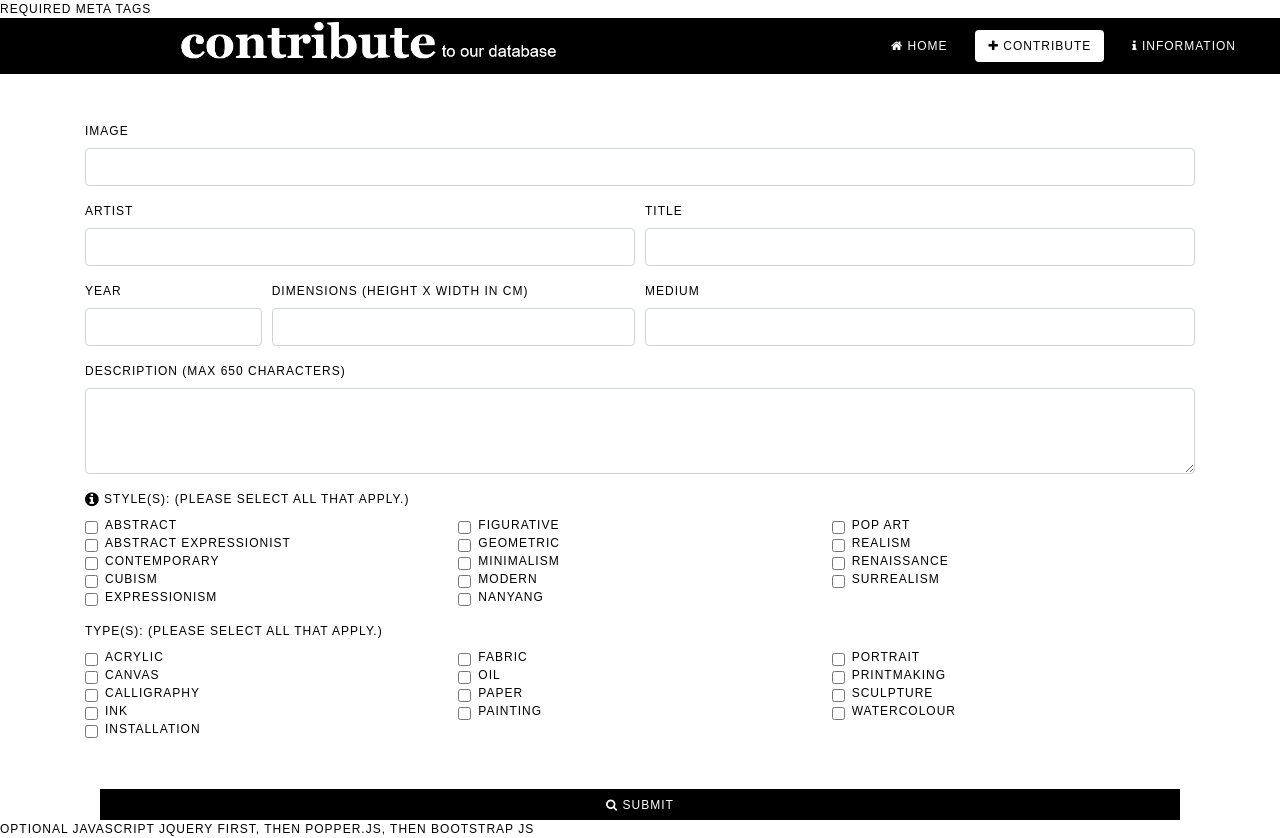
Repository: lynette-lyf/artwork-inventory
Page: http://localhost/add-artwork
The author's editor kept a record of every edit. The page is drawn from the files as they stood at one moment, then again after the next edit.
The browser window is 1280 px wide. The pictures show the whole page.
The page is served by the project's application, run on Flask 3 (app.py).

Above is the page before.

### templates/add_artwork.template.html
<!doctype html>
<html lang="en">
  <head>
     Required meta tags
    <meta charset="utf-8">
    <meta name="viewport" content="width=device-width, initial-scale=1, shrink-to-fit=no">

     <!--Bootstrap CSS -->
    <link rel="stylesheet" href="https://stackpath.bootstrapcdn.com/bootstrap/4.3.1/css/bootstrap.min.css" integrity="sha384-ggOyR0iXCbMQv3Xipma34MD+dH/1fQ784/j6cY/iJTQUOhcWr7x9JvoRxT2MZw1T" crossorigin="anonymous">
     <!--Font Awesome CSS -->
    <link href="https://maxcdn.bootstrapcdn.com/font-awesome/4.7.0/css/font-awesome.min.css" rel="stylesheet"/>
     <!--Google Fonts API -->
    <link href="https://fonts.googleapis.com/css?family=Work+Sans:300,600,800&display=swap" rel="stylesheet">
    <link rel="stylesheet" type="text/css" href="/static/css/style.css">

    <title>Contribute an artwork</title>
  <style>
       body {
    font-family: Arial;
    font-size: 12px;
    color: black;
    text-transform: uppercase;
    letter-spacing:1px;
}

::-webkit-scrollbar {
  width: 5px;
  height: 5px;
  border-left: 0;
  background: white;
}

::-webkit-scrollbar-track {
  background: white;
}

::-webkit-scrollbar-thumb {
  background: black;
  border-radius: 0;
}

.navbar-default {
    background-color: black;
}


#logo {
    position: absolute;
    z-index:1;
    top:-3px;

}

#contribute {
  font-family: Arial;
    color: black;
    text-decoration: none;
    text-transform: uppercase;
    font-size: 12px;
    letter-spacing:1px;
    background-color: white;
    margin-right:15px;
}

#home, #information {
    font-family: Arial;
    color: white;
    text-decoration: none;
    text-transform: uppercase;
    font-size: 12px;
    letter-spacing:1px;
    background-color: black;
    margin-right:15px;
}

#submit {
    font-family: Arial;
    color: white;
    text-decoration: none;
    text-transform: uppercase;
    font-size: 12px;
    letter-spacing:1px;
    background-color: black;
    width:100%;
}

#home:hover, #information:hover, #submit:hover {
    background-color: white;
    color:black;
}

#info-style {
  color:black;
}

#info-style:hover {
  color:grey;
}



@media (max-width: 994px) {
    .img-fluid {
        max-width:100%
    }

    #home {
        margin-top:2rem;
    }
}

@media screen and (min-width: 995px) {
    .navbar-nav {
        align-items: end;
    }

    .img-fluid {
        max-height:500px;
        max-width:500px
    }
}

  </style>

  </head>


  <body>


    <img id="logo" style="max-height:100px;" src="/static/img/contribute-artwork.png"/>

<nav class="navbar navbar-expand-lg navbar-default">
  <a class="navbar-brand" href="#">&nbsp;</a>
  <button class="navbar-toggler" type="button" data-toggle="collapse" data-target="#navbarSupportedContent" aria-controls="navbarSupportedContent" aria-expanded="false" aria-label="Toggle navigation">
    <span class="navbar-toggler-icon"> <i class="fa fa-bars" style="color:#fff; font-size:28px;"></i></span>
  </button>

  <div class="collapse navbar-collapse justify-content-end" id="navbarSupportedContent">
    <ul class="navbar-nav">
      <li class="nav-item">
          <a href="/" id="home" class="btn btn-default"><i class="fa fa-home"></i>    Home</a>
      </li>
      <li class="nav-item">
          <div id="contribute" class="btn btn-default" aria-disabled="true"><i class="fa fa-plus"></i>    Contribute</div>
      </li>
      <li class="nav-item">
        <a href="information/artstyles" id="information" class="btn btn-default"><i class="fa fa-info"></i>    Information</a>
      </li>
    </ul>

        </div>
  </div>
</nav>


















    <div class='container'>

        <form class='form pt-5' method="POST">


          <div class='form-row'>
              <div class='col-12 mb-3'>
                <label>Image</label>
                <input type='text' class='form-control' name='image' required/>
            </div>



            <div class='col-6 mb-3'>
                <label>Artist</label>
                <input type='text' class='form-control' name='artist' required/>
            </div>
            <div class='col-6 mb-3'>
                <label>Title</label>
                <input type='text' class='form-control' name='title' required/>
            </div>
          </div>

          <div class='form-row'>
            <div class='col-2 mb-3'>
                <label>Year</label>
                <input type='number' class='form-control' maxlength='4' min='1000' max='2019' name='year' required/>
            </div>
            <div class='col-4 mb-3'>
                <label>Dimensions (height x width in cm)</label>
                <input type='text' class='form-control' name='dimensions' required/>
            </div>
            <div class='col-6 mb-3'>
                <label>Medium</label>
                <input type='text' class='form-control' name='medium' required/>
            </div>
          </div>

            <div class='form-group'>
                <label>Description (max 650 characters)</label>
                <textarea class="form-control" rows="3" name='description'></textarea>
            </div>

          <div class='form-row'>
            <div class='col-12'>
           <label><a href='information/artstyles'><i id="info-style" class="fa fa-info-circle fa-lg" aria-hidden="true"></i></a>  Style(s): (Please select all that apply.)</label>
           </div>
           </div>

            <div class='form-row'>
            <div class='col-4'>



            <div class="form-check">
            <input class="form-check-input" type='checkbox' value='Abstract' id="type" name="type">
            <label class="form-check-label" for="Abstract">Abstract</label>
            </div>

            <div class="form-check">
            <input class="form-check-input" type='checkbox' value='Abstract Expressionist' id="type" name="type">
            <label class="form-check-label" for="Abstract Expressionist">Abstract Expressionist</label>
            </div>

            <div class="form-check">
            <input class="form-check-input" type='checkbox' value='Contemporary' id="type" name="type">
            <label class="form-check-label" for="Contemporary">Contemporary</label>
            </div>

            <div class="form-check">
            <input class="form-check-input" type='checkbox' value='Cubism' id="type" name="type">
            <label class="form-check-label" for="Cubism">Cubism</label>
            </div>

            <div class="form-check">
            <input class="form-check-input" type='checkbox' value='Expressionism' id="type" name="type">
            <label class="form-check-label" for="Expressionism">Expressionism</label>
            </div>

            </div>

            <div class='col-4'>

            <div class="form-check">
            <input class="form-check-input" type='checkbox' value='Figurative' id="type" name="type">
            <label class="form-check-label" for="Figurative">Figurative</label>
            </div>

            <div class="form-check">
            <input class="form-check-input" type='checkbox' value='Geometric' id="type" name="type">
            <label class="form-check-label" for="Geometric">Geometric</label>
            </div>

            <div class="form-check">
            <input class="form-check-input" type='checkbox' value='Minimalism' id="type" name="type">
            <label class="form-check-label" for="Minimalism">Minimalism</label>
            </div>

            <div class="form-check">
            <input class="form-check-input" type='checkbox' value='Modern' id="type" name="type">
            <label class="form-check-label" for="Modern">Modern</label>
            </div>

            <div class="form-check">
            <input class="form-check-input" type='checkbox' value='Nanyang' id="type" name="type">
            <label class="form-check-label" for="Nanyang">Nanyang</label>
            </div>

            </div>

            <div class='col-4'>

            <div class="form-check">
            <input class="form-check-input" type='checkbox' value='Pop Art' id="type" name="type">
            <label class="form-check-label" for="Pop Art">Pop Art</label>
            </div>

            <div class="form-check">
            <input class="form-check-input" type='checkbox' value='Realism' id="type" name="type">
            <label class="form-check-label" for="Realism">Realism</label>
            </div>

            <div class="form-check">
            <input class="form-check-input" type='checkbox' value='Renaissance' id="type" name="type">
            <label class="form-check-label" for="Renaissance">Renaissance</label>
            </div>

            <div class="form-check">
            <input class="form-check-input" type='checkbox' value='Surrealism' id="type" name="type">
            <label class="form-check-label" for="Surrealism">Surrealism</label>
            </div>




            </div>
            </div>

            <div class='form-row'>
            <div class='col-12 pt-3'>

           <label>Type(s): (Please select all that apply.)</label>
           </div>
           </div>

            <div class='form-row pb-5'>
            <div class='col-4'>

            <div class="form-check">
            <input class="form-check-input" type='checkbox' value='Acrylic' id="type" name="type">
            <label class="form-check-label" for="Acrylic">Acrylic</label>
            </div>

            <div class="form-check">
            <input class="form-check-input" type='checkbox' value='Canvas' id="type" name="type">
            <label class="form-check-label" for="Canvas">Canvas</label>
            </div>

            <div class="form-check">
            <input class="form-check-input" type='checkbox' value='Calligraphy' id="type" name="type">
            <label class="form-check-label" for="Calligraphy">Calligraphy</label>
            </div>

            <div class="form-check">
            <input class="form-check-input" type='checkbox' value='Ink' id="type" name="type">
            <label class="form-check-label" for="Ink">Ink</label>
            </div>

            <div class="form-check">
            <input class="form-check-input" type='checkbox' value='Installation' id="type" name="type">
            <label class="form-check-label" for="Installation">Installation</label>
            </div>

            </div>

            <div class='col-4'>

            <div class="form-check">
            <input class="form-check-input" type='checkbox' value='Fabric' id="type" name="type">
            <label class="form-check-label" for="Fabric">Fabric</label>
            </div>

            <div class="form-check">
            <input class="form-check-input" type='checkbox' value='Oil' id="type" name="type">
            <label class="form-check-label" for="Oil">Oil</label>
            </div>

            <div class="form-check">
            <input class="form-check-input" type='checkbox' value='Paper' id="type" name="type">
            <label class="form-check-label" for="Paper">Paper</label>
            </div>

            <div class="form-check">
            <input class="form-check-input" type='checkbox' value='Painting' id="type" name="type">
            <label class="form-check-label" for="Painting">Painting</label>
            </div>

            </div>

            <div class='col-4'>

            <div class="form-check">
            <input class="form-check-input" type='checkbox' value='Portrait' id="type" name="type">
            <label class="form-check-label" for="Portrait">Portrait</label>
            </div>

            <div class="form-check">
            <input class="form-check-input" type='checkbox' value='Printmaking' id="type" name="type">
            <label class="form-check-label" for="Printmaking">Printmaking</label>
            </div>

            <div class="form-check">
            <input class="form-check-input" type='checkbox' value='Sculpture' id="type" name="type">
            <label class="form-check-label" for="Sculpture">Sculpture</label>
            </div>

            <div class="form-check">
            <input class="form-check-input" type='checkbox' value='Watercolour' id="type" name="type">
            <label class="form-check-label" for="Watercolour">Watercolour</label>
            </div>

            </div>
            </div>



          <div class="col-12 text-center">
             <button type="submit" id="submit" class="btn btn-default">
                <i class="fa fa-search"></i>    Submit
              </button>
          </div>
        </form>
    </div>

      Optional JavaScript
     jQuery first, then Popper.js, then Bootstrap JS
    <script src="https://code.jquery.com/jquery-3.3.1.slim.min.js" integrity="sha384-q8i/X+965DzO0rT7abK41JStQIAqVgRVzpbzo5smXKp4YfRvH+8abtTE1Pi6jizo" crossorigin="anonymous"></script>
    <script src="https://cdnjs.cloudflare.com/ajax/libs/popper.js/1.14.7/umd/popper.min.js" integrity="sha384-UO2eT0CpHqdSJQ6hJty5KVphtPhzWj9WO1clHTMGa3JDZwrnQq4sF86dIHNDz0W1" crossorigin="anonymous"></script>
    <script src="https://stackpath.bootstrapcdn.com/bootstrap/4.3.1/js/bootstrap.min.js" integrity="sha384-JjSmVgyd0p3pXB1rRibZUAYoIIy6OrQ6VrjIEaFf/nJGzIxFDsf4x0xIM+B07jRM" crossorigin="anonymous"></script>
  </body>
</html>

### app.py
from flask import Flask, render_template, request, redirect, url_for, flash
import os
from bson import ObjectId
import re

import pymongo

MONGO_URI = os.getenv('MONGO_URI')
DATABASE_NAME = 'artworksAndConsigners'

conn = pymongo.MongoClient(MONGO_URI)

def get_connection():
    conn = pymongo.MongoClient(MONGO_URI)
    return conn

app = Flask(__name__)

# READ**************************************************************************

@app.route('/')
def index():
    search_terms = request.args.get('search-by')
    filter = request.args.getlist('filter')

    all_styles = ['Abstract', 'Abstract Expressionist', 'Contemporary', 'Cubism', 'Expressionism', 'Figurative', 'Geometric', 'Minimalism', 'Modern', 'Nanyang', 'Pop Art', 'Realism', 'Renaissance', 'Surrealism']
    all_types = ['Acrylic', 'Canvas', 'Calligraphy', 'Ink', 'Installation', 'Fabric', 'Oil', 'Paper', 'Painting', 'Portrait', 'Printmaking', 'Sculpture', 'Watercolour']

    search_criteria = {}
    print (search_criteria)
    if search_terms is not None and search_terms is not "":
        search_criteria["title"] = re.compile(r'{}'.format(search_terms), re.I)

    if len(filter) > 0:
        search_criteria['all_styles', 'all_types'] = {
            '$all' : filter
        }

    print (search_criteria)

    if search_terms is None:
        search_terms = ""

    conn = get_connection()
    artworksAndConsigners = conn[DATABASE_NAME]['artworksAndConsigners'].find(search_criteria)
    return render_template('index.template.html', results=artworksAndConsigners, search_terms=search_terms, filter=filter, all_styles=all_styles, all_types=all_types)

# CREATE************************************************************************

@app.route('/add-artwork')
def show_add_artwork_form():
    return render_template('add_artwork.template.html')

@app.route('/add-artwork', methods=['POST'])
def process_add_artwork_form():
    image = request.form.get('image')
    artist = request.form['artist']
    title = request.form['title']
    year = request.form['year']
    dimensions = request.form['dimensions']
    medium = request.form['medium']
    description = request.form['description']
    type = request.form.getlist('type')

    conn = get_connection()
    conn[DATABASE_NAME]['artworksAndConsigners'].insert({
        "image" : image,
        "artist" : artist,
        "title" : title,
        "year" : year,
        "dimensions" : dimensions,
        "medium" : medium,
        "description" : description,
        "type" : type
    })

    return redirect("/")

# UPDATE************************************************************************

@app.route('/edit-artwork/<artwork_id>')
def show_edit_artwork_form(artwork_id):
    conn = get_connection()
    artwork = conn[DATABASE_NAME]['artworksAndConsigners'].find_one({
        '_id': ObjectId(artwork_id)
    })

    results = artwork['type']
    all_styles = ['Abstract', 'Abstract Expressionist', 'Contemporary', 'Cubism', 'Expressionism', 'Figurative', 'Geometric', 'Minimalism', 'Modern', 'Nanyang', 'Pop Art', 'Realism', 'Renaissance', 'Surrealism']
    all_types = ['Acrylic', 'Canvas', 'Calligraphy', 'Ink', 'Installation', 'Fabric', 'Oil', 'Paper', 'Painting', 'Portrait', 'Printmaking', 'Sculpture', 'Watercolour']

    return render_template('edit_artwork.template.html', artworksAndConsigners=artwork,
    selected_type=results, all_styles=all_styles, all_types=all_types)

@app.route("/edit-artwork/<artwork_id>", methods=['POST'])
def process_edit_artwork_form(artwork_id):
    image = request.form.get('image')
    artist = request.form['artist']
    title = request.form['title']
    year = request.form['year']
    dimensions = request.form['dimensions']
    medium = request.form['medium']
    description = request.form['description']
    type = request.form.getlist('type')

    conn = get_connection()
    conn[DATABASE_NAME]["artworksAndConsigners"].update({
        '_id': ObjectId(artwork_id)
    }, {
       "image" : image,
        "artist" : artist,
        "title" : title,
        "year" : year,
        "dimensions" : dimensions,
        "medium" : medium,
        "description" : description,
        "type": type
    })

    return redirect("/")

# FAVOURITE FUNCTION************************************************************

@app.route('/button', methods=["POST"])
def button(artwork_id):
    votes = request.form.get('votes')

    if request.method == "POST":
        votes += 1  # Note this increment here.
    print (votes)
    conn = get_connection()
    conn[DATABASE_NAME]["artworksAndConsigners"].update({
        '_id': ObjectId(artwork_id)
    }, {
        "votes": votes
    })
    return redirect("/", votes=votes)





# DELETE************************************************************************

@app.route('/confirm-delete-artwork/<artwork_id>')
def confirm_delete_artwork(artwork_id):

    artwork = conn[DATABASE_NAME]["artworksAndConsigners"].find_one({
        '_id': ObjectId(artwork_id)
    }, {
        "image" : 1,
        "artist" : 1,
        "title" : 1,
        "year" : 1,
        "dimensions" : 1,
        "medium" : 1,
        "description" : 1,
        "type": 1
    })

    return render_template('confirm_delete_artwork.template.html', artworksAndConsigners=artwork)

@app.route('/delete-artwork/<artwork_id>')
def delete_artwork(artwork_id):
    conn[DATABASE_NAME]["artworksAndConsigners"].delete_one({
        '_id': ObjectId(artwork_id)
    })

    return redirect('/')

# INFORMATION FOR ART STYLES****************************************************
@app.route('/information/artstyles')
def art_style():
    conn = get_connection()
    styles = conn[DATABASE_NAME]['artstyles'].find()
    return render_template('artstyles.template.html', results=styles)


# "magic code" -- boilerplate
if __name__ == '__main__':
    app.run(host=os.environ.get('IP'),
    port=int(os.environ.get('PORT')),
    debug=True)

### static/css/style.css
body {
    font-family: Arial;
    font-size: 15px;
    color: black;
}

::-webkit-scrollbar {
  width: 5px;
  height: 5px;
  border-left: 0;
  background: white;
}

::-webkit-scrollbar-track {
  background: white;
}

::-webkit-scrollbar-thumb {
  background: black;
  border-radius: 0;
}

.navbar-default {
    background-color: black;
}


#logo {
    position: absolute;
    z-index:1;
    top:-4px;
}

#home, #contribute, #information {
    font-family: Arial;
    color: white;
    text-decoration: none;
    text-transform: uppercase;
    font-size: 12px;
    letter-spacing:1px;
    background-color: black;
    margin-right:15px;
}

#submit {
    font-family: Arial;
    color: white;
    text-decoration: none;
    text-transform: uppercase;
    font-size: 12px;
    letter-spacing:1px;
    background-color: grey;
    margin-right:15px;
    border-radius:0px;
    height:31px;
    margin-top:3px;
}
#home:hover, #contribute:hover, #information:hover, #submit:hover {
    background-color: white;
    color:black;
}

#search-by {
    border-radius:0px;
    font-family: Arial;
    font-weight:bold;
    color: black;
    text-transform: uppercase;
    font-size: 12px;
    margin-top:3px;
    border-width:0px;
}

#caret-dropdown {
    color:grey;
    background-color:white;
    height:31px;
    margin-top:3px;
}

.dropdown.dropdown-lg .dropdown-menu {
    margin-top: -1px;
    padding: 4px 15px;
}

.btn-group .btn {
    border-radius: 0;
    margin-left: -1px;
}
.form-horizontal .form-group {
    margin-left: 0;
    margin-right: 0;
}

@media (max-width: 994px) {
    .img-fluid {
        max-width:100%
    }

    #home {
        margin-top:2rem;
    }
}

@media screen and (min-width: 995px) {
    .navbar-nav {
        align-items: end;
    }

    #boot-search-box {
        width: 500px;
        margin: 0 auto;
    }
    .dropdown.dropdown-lg {
        position: static !important;
    }
    .dropdown.dropdown-lg .dropdown-menu {
        min-width: 500px;
    }

    .img-fluid {
        max-height:500px;
        max-width:500px
    }
}

.artist {
    font-family: 'Work Sans', sans-serif;
    font-weight: 800;
    text-transform: uppercase;
    font-size: 3vh;
    line-height:10%;
    margin-top:15px;
}

.title {
    font-style: italic;
    font-family: 'Work Sans', sans-serif;
    font-weight: 600;
    text-transform: uppercase;
    font-size: 1.8vh;
    margin-right: 2px;
    line-height:10%;
}

.year {
    font-style: italic;
    font-family: 'Work Sans', sans-serif;
    font-weight: 400;
    font-size: 1.8vh;
    margin-right: 2px;
}

.medium, .dimensions {
    letter-spacing: 1px;
    margin-bottom:0px;
}

.description {
    text-align: justify;
    margin-top: 20px;
}

.tag-label {
    text-transform: uppercase;
    font-weight: bold;
    margin-bottom: 0px;
}

.tags {
    text-transform: uppercase;
    font-size: 12px;
    margin-top: 0px;
}

.action {
    text-decoration: none;
    color: black;
    font-family: Arial;
    text-transform: uppercase;
    font-size: 10px;
    margin:5px;
}

.action:hover {
    color:white;
    background-color:black;
    border-radius:0px;
    border-width:0px;;
}

After the next edit:
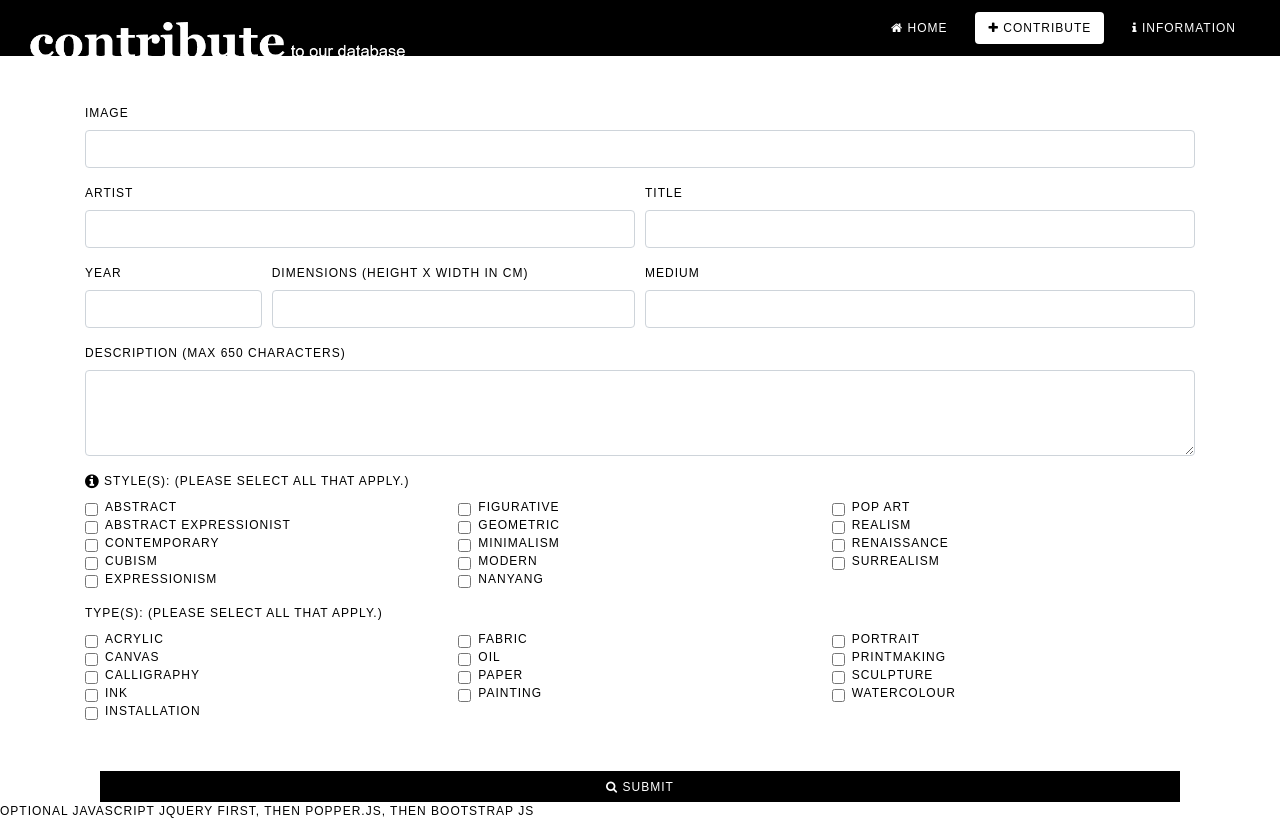
The edit:
--- a/templates/add_artwork.template.html
+++ b/templates/add_artwork.template.html
@@ -1,7 +1,7 @@
 <!doctype html>
 <html lang="en">
   <head>
-     Required meta tags
+     <!--Required meta tags -->
     <meta charset="utf-8">
     <meta name="viewport" content="width=device-width, initial-scale=1, shrink-to-fit=no">
 
